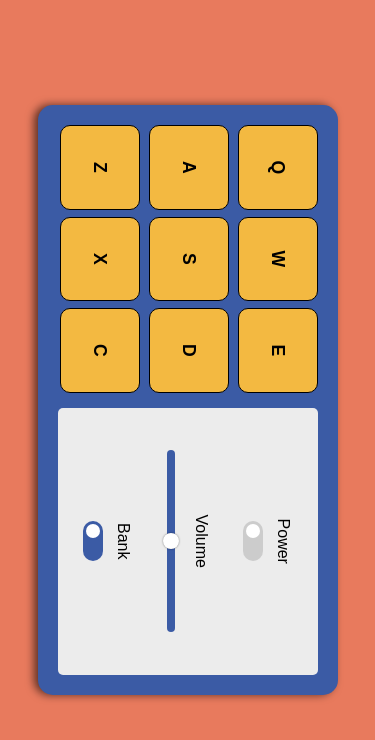
Repository: alfredoleano/drum-machine
Page: /
These files come from the project's save history. The page is drawn as it stood at one moment and after the next save; the edit follows.
The browser window is 375 px wide. The pictures show the whole page.
The project was rebuilt for these pictures with package versions that can differ from the ones it lists, and the page was loaded fresh each time.

Above is the page before, as saved 2024-06-14 13:39:03.

After the next save:
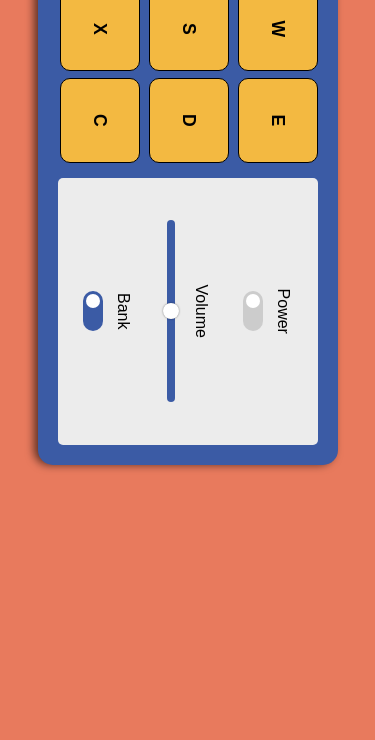
Saved 8 s later.
--- a/src/styles.scss
+++ b/src/styles.scss
@@ -279,7 +279,7 @@
     transform-origin: center center;
     top: 0;
     bottom: 0;
-    margin-top: auto;
+    margin-top: 20px;
     margin-bottom: auto;
   }
 }

After the save that followed:
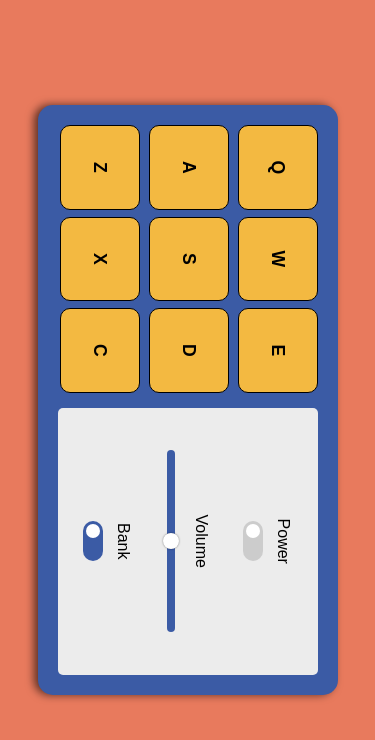
Saved 17 s later.
--- a/src/styles.scss
+++ b/src/styles.scss
@@ -279,7 +279,7 @@
     transform-origin: center center;
     top: 0;
     bottom: 0;
-    margin-top: 20px;
+    margin-top: auto;
     margin-bottom: auto;
   }
 }
